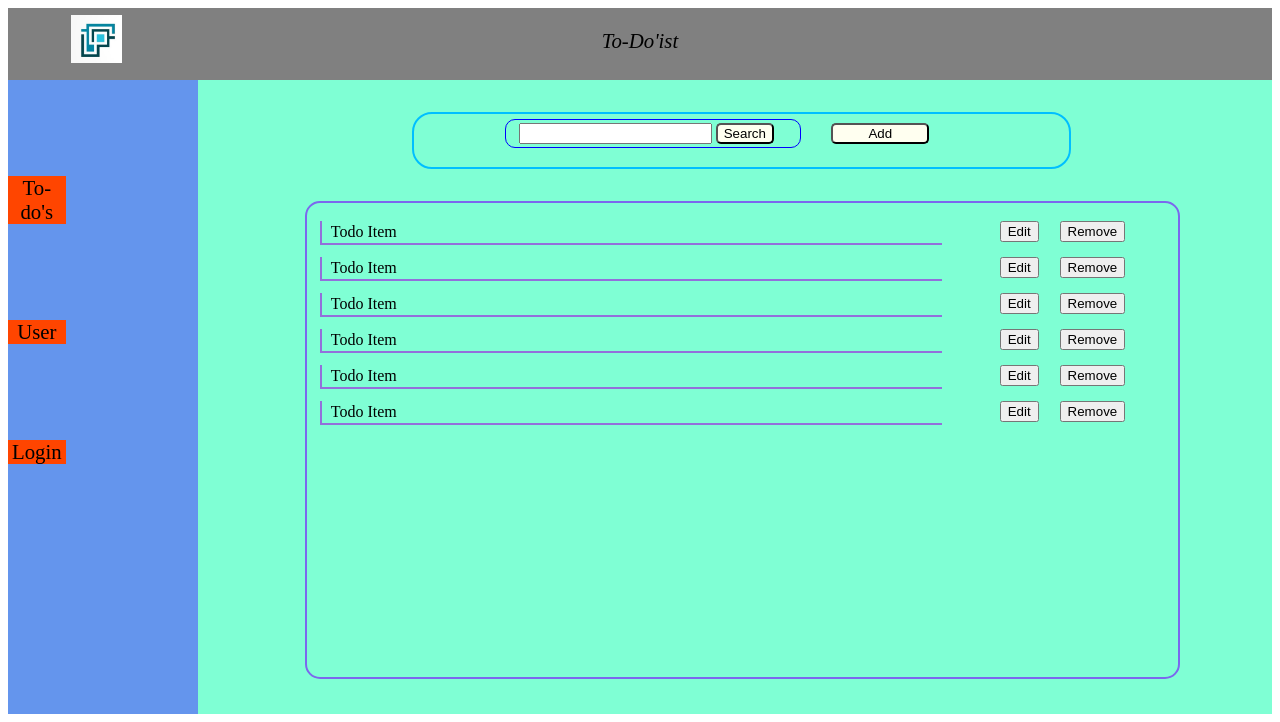
Repository: tavisca-pkadam/Todo-Website
Page: home.html
An editor plug-in stored every save of this project. The page is shown before and after a run of saves, followed by the edit.
The browser window is 1280 px wide. The pictures show the whole page.

Above is the page before, as saved 2019-08-20 08:44:00.

After the next 2 saves:
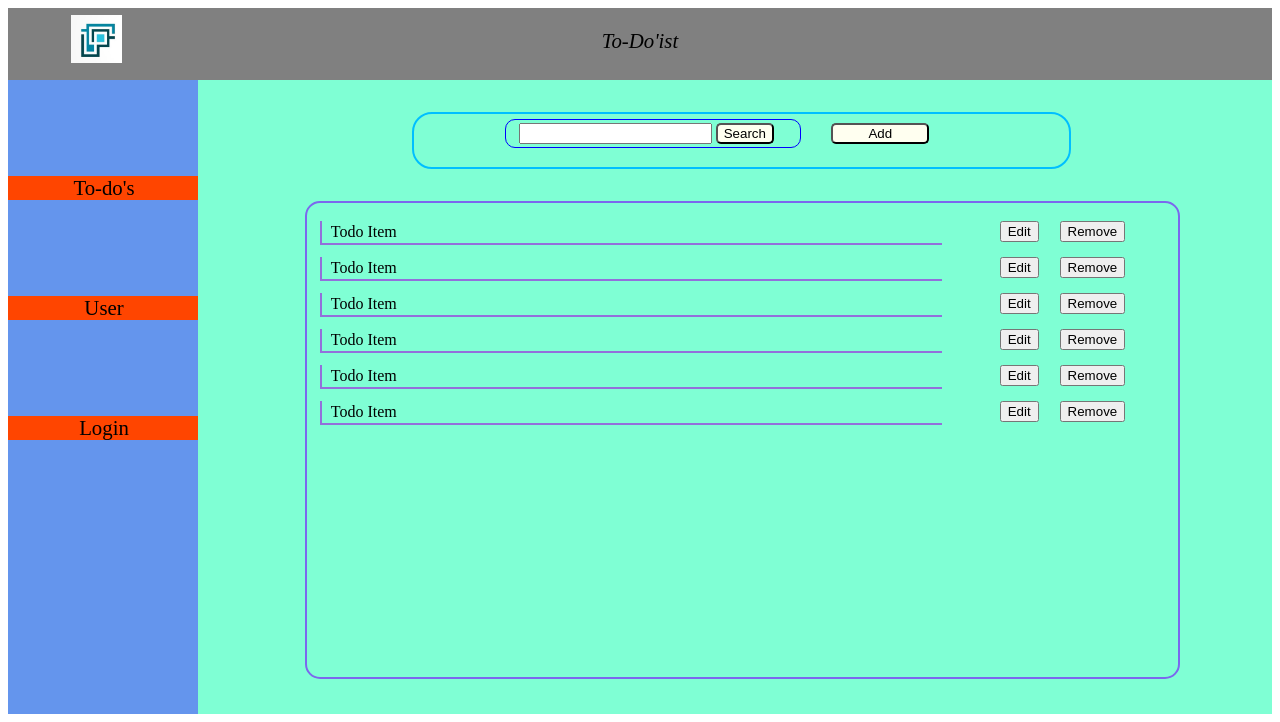
The 2 saves are shown as one change because they came seconds apart.
The last was saved 9 s later.
--- a/main.css
+++ b/main.css
@@ -31,7 +31,7 @@
 
 .side_btn {
     text-align: center;
-    width: 30%;
+    width: 100%%;
     position: relative;
     background-color: orangered;
     margin-top: 50%;
